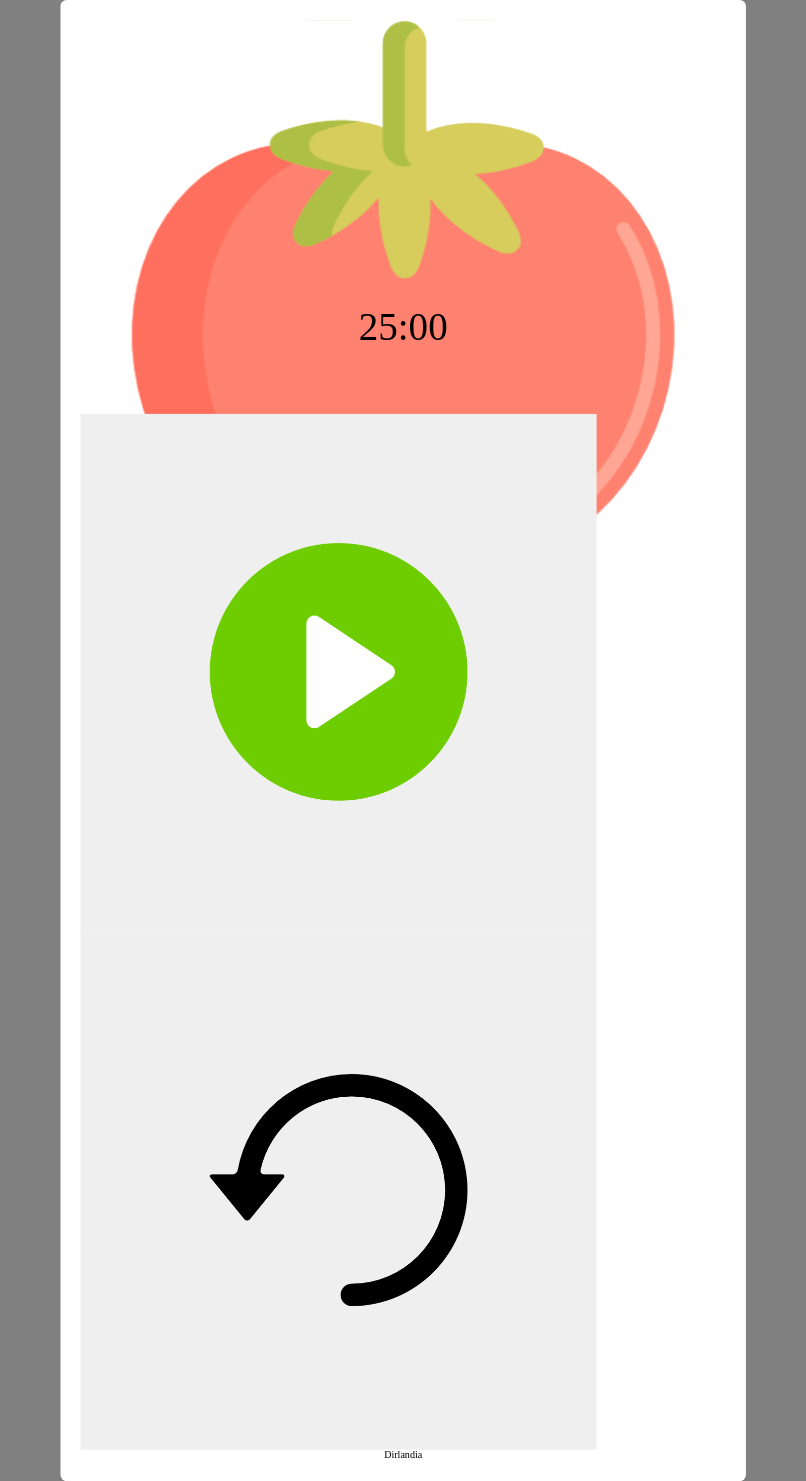
Repository: Dirlandia404/pomodoro
Page: /
The author's editor kept a copy of each file at every save. The page is drawn from the files as they stood at one save, then again after the next save.
The browser window is 1280 px wide. The pictures show the whole page, at 63% of full size.
The project was rebuilt for these pictures with package versions that can differ from the ones it lists, and the page was loaded fresh each time.

Above is the page before, as saved 2021-11-25 00:03:43.

### public/index.html
<!DOCTYPE html>
<html lang="en">

<head>
  <meta charset="utf-8" />
  <link rel="icon" href="%PUBLIC_URL%/image 1.png" />
  <meta name="viewport" content="width=device-width, initial-scale=1" />
  <meta name="theme-color" content="#000000" />
  <meta name="description" content="Web site created using create-react-app" />
  <link rel="apple-touch-icon" href="%PUBLIC_URL%/logo192.png" />
  <!--
      manifest.json provides metadata used when your web app is installed on a
      user's mobile device or desktop. See https://developers.google.com/web/fundamentals/web-app-manifest/
    -->
  <link rel="manifest" href="%PUBLIC_URL%/manifest.json" />
  <!--
      Notice the use of %PUBLIC_URL% in the tags above.
      It will be replaced with the URL of the `public` folder during the build.
      Only files inside the `public` folder can be referenced from the HTML.

      Unlike "/favicon.ico" or "favicon.ico", "%PUBLIC_URL%/favicon.ico" will
      work correctly both with client-side routing and a non-root public URL.
      Learn how to configure a non-root public URL by running `npm run build`.
    -->
  <title>Pomodoro Clock</title>
</head>

<body>
  <noscript>You need to enable JavaScript to run this app.</noscript>
  <div id="root"></div>
  <!--
      This HTML file is a template.
      If you open it directly in the browser, you will see an empty page.

      You can add webfonts, meta tags, or analytics to this file.
      The build step will place the bundled scripts into the <body> tag.

      To begin the development, run `npm start` or `yarn start`.
      To create a production bundle, use `npm run build` or `yarn build`.
    -->
</body>

</html>

### src/index.jsx
import React from "react";
import ReactDOM from "react-dom";
import Clock from "./componentes/Primeiro";

function App() {
    const  tempo ={time:25};

    return(
        <div className="App">
            <Clock trabalho={tempo} />
        </div>
    );
}
ReactDOM.render(
    <App />,
    document.getElementById("root")
)

### src/componentes/Primeiro.jsx
import { useEffect, useState } from "react";
import "./componente.css";

function Clock(props){
  const [time, setTime] = useState(25);

    const tick = () =>{
        if(time === 0){
            reset();
        }else{
            setTime([time -1]);
        }
    }
    const reset = () => setTime(parseInt(time));

    useEffect(() =>{
        const timerId = setInterval(() => tick, 60);
        return () => clearInterval(timerId)
    })
    return (
        <main>
            <form action="">
                <img src="/tomato.svg" alt="Tomate" />
                <p className="time">25:00</p>
                <div className="butoes">
                    <button className="play">
                        <img src="./botao-play.png" alt="" />
                    </button>

                    <button className="reset">
                        <img src="./seta-circular.png" alt="" />
                    </button>
                </div>
            </form>
           <p >Dirlandia</p>
        </main>
    );
}

export default Clock

### src/componentes/componente.css
*{
    margin: 0;
    border: 0;
    padding: 0;
}
body{
    background-color: grey;
    min-width: 100vw;
    min-height: 100vw;
    display: flex;

    text-align: center;
    align-items: center;
    justify-content: center;
}
main {
    background-color: white;
    min-width: 320px;
    min-height: 40vw;

    justify-content: center;

    padding: 2rem;
    border-radius: 10px;

}

form{
    display: flex;
    flex-direction: column;
}

img{
    width: 100%;
}
p.time {
    padding: 10%;
    font-size: 62px;
    margin-top: -50%;
}
div.butoes{
    align-items: center;
}
button{
    padding: 20%;
    width: 80%;
    float: left;
}

After the next save:
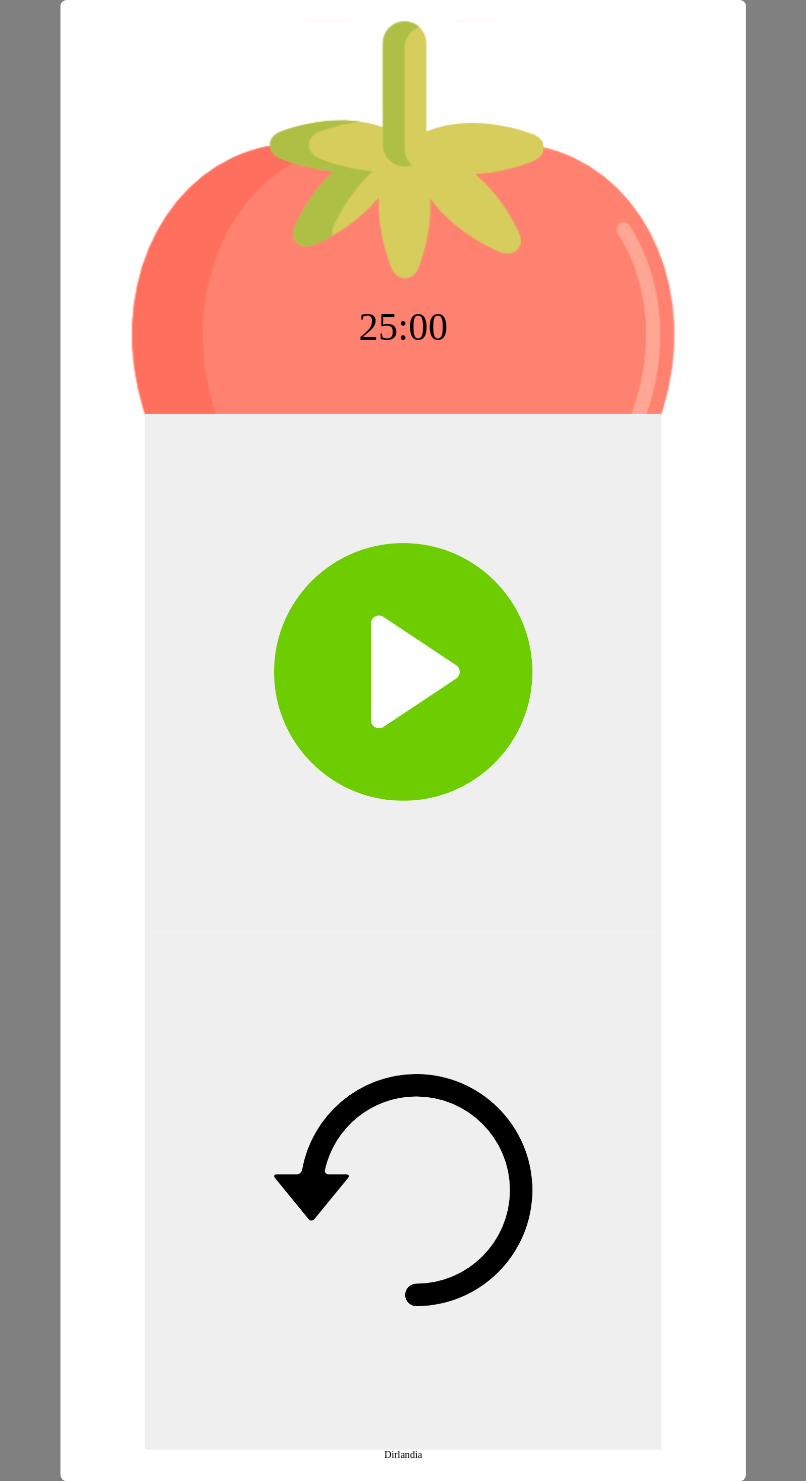
Saved 8 s later.
--- a/src/componentes/componente.css
+++ b/src/componentes/componente.css
@@ -44,5 +44,5 @@ div.butoes{
 button{
     padding: 20%;
     width: 80%;
-    float: left;
+
 }
